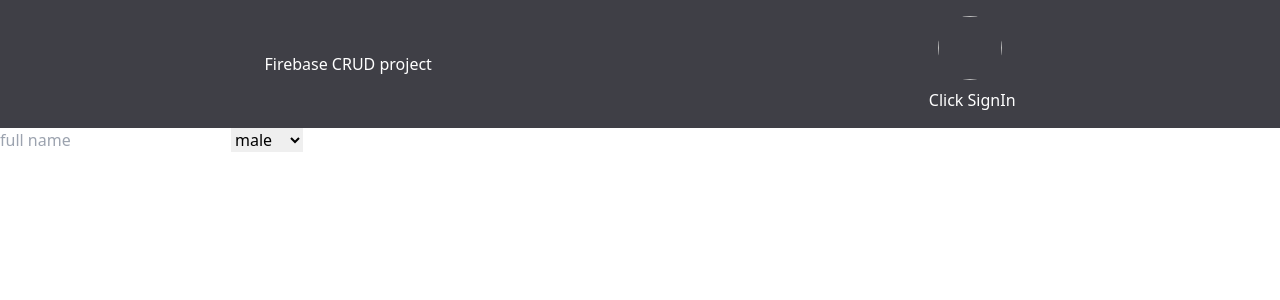
Repository: Semanmernstack/firebase-crud
Page: /
These files come from the project's save history. The page is drawn as it stood at one moment and after the next save; the edit follows.
The browser window is 1280 px wide. The pictures show the whole page.
The project was rebuilt for these pictures with package versions that can differ from the ones it lists, and the page was loaded fresh each time.

Above is the page before, as saved 2023-03-17 01:29:39.

### src/index.css
body {
  margin: 0;

}

@tailwind base;
@tailwind components;
@tailwind utilities;

### src/App.js



import Body from "./components/Body";
import Header from "./components/Header";





function App() {

  return (
    <div className="">
      <Header/>
      <Body/>
    </div>
  );
}

export default App;

### src/components/Body.js
import React from 'react'

function Body() {
  return (
    <div>
        <form >
            <input type="text" placeholder='full name' />
            <select name="bb" id="">
                <option value="bb">male</option>
                <option value="bb">female</option>
            </select>
        </form>
    </div>
  )
}

export default Body

### src/components/Header.js


import Login from "./Login"


function Header() {
  const [user, setUser] = ("")


  return (
    <nav className="flex items-center justify-around bg-zinc-700 text-white p-4">
        <div>
            <h1> Firebase CRUD project</h1>
        </div>
        <Login/>

    </nav>


  )
}

export default Header

### src/components/Login.js
import { onAuthStateChanged, signInWithPopup } from 'firebase/auth'
import React, { useEffect, useState } from 'react'
import { auth, provider } from '../firebase.'


function Login() {
    const [user, setUser] = useState("")
    useEffect(() => {

        onAuthStateChanged(auth, (user) => {
            console.log(user)
          if (user) {
            setUser(user)
          }
        })

      }, [])





    const signIn = () => {
       try {
            signInWithPopup(auth, provider)
       }
       catch (error) {
            alert(error.message)
       }
    }
  return (
    <div className="flex flex-col items-center gap-2">
        <div className="flex gap-1 items-center">
            <img className='rounded-full h-16 w-16' src={user.photoURL} alt="" />
            <h1>{user?.displayName}</h1>
        </div>
        <div>
            <button onClick={signIn} >Click SignIn</button>
        </div>



    </div>
  )
}

export default Login

### src/firebase..js
import { initializeApp } from "firebase/app";
import { getAuth, GoogleAuthProvider } from "firebase/auth";
import { getFirestore } from "firebase/firestore";
// TODO: Add SDKs for Firebase products that you want to use
// https://firebase.google.com/docs/web/setup#available-libraries

// Your web app's Firebase configuration
const firebaseConfig = {
  apiKey: "AIzaSyBgS0aivKoq6PRjPIzLlCpHxI0D8M1DMtw",
  authDomain: "school-81c7d.firebaseapp.com",
  projectId: "school-81c7d",
  storageBucket: "school-81c7d.appspot.com",
  messagingSenderId: "524069258489",
  appId: "1:524069258489:web:11c09d32a06e9a8b970e28"
};

// Initialize Firebase
const app = initializeApp(firebaseConfig);
const auth = getAuth(app);
const provider = new GoogleAuthProvider();

export { auth, provider }

Loaded but not shown: public/index.html (common file); src/index.js (common file); src/reportWebVitals.js (common file); tailwind.config.js (common file)

After the next save:
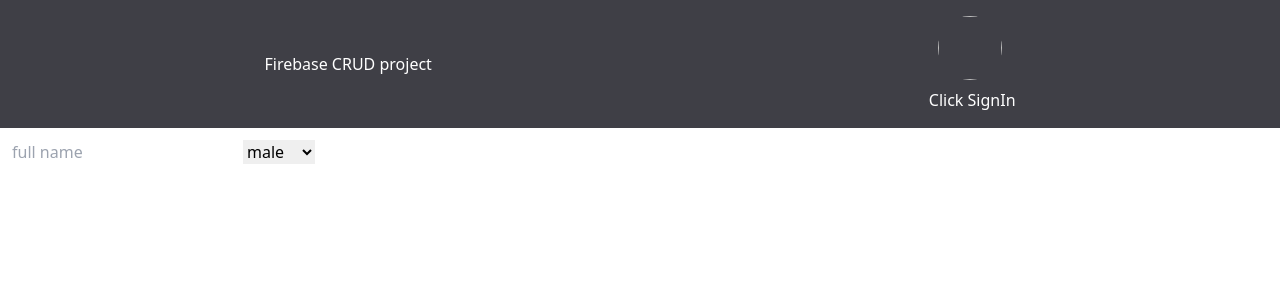
Saved 69 s later.
--- a/src/components/Body.js
+++ b/src/components/Body.js
@@ -2,10 +2,10 @@ import React from 'react'
 
 function Body() {
   return (
-    <div>
+    <div className="p-3">
         <form >
             <input type="text" placeholder='full name' />
-            <select name="bb" id="">
+            <select name="bb" i>
                 <option value="bb">male</option>
                 <option value="bb">female</option>
             </select>
